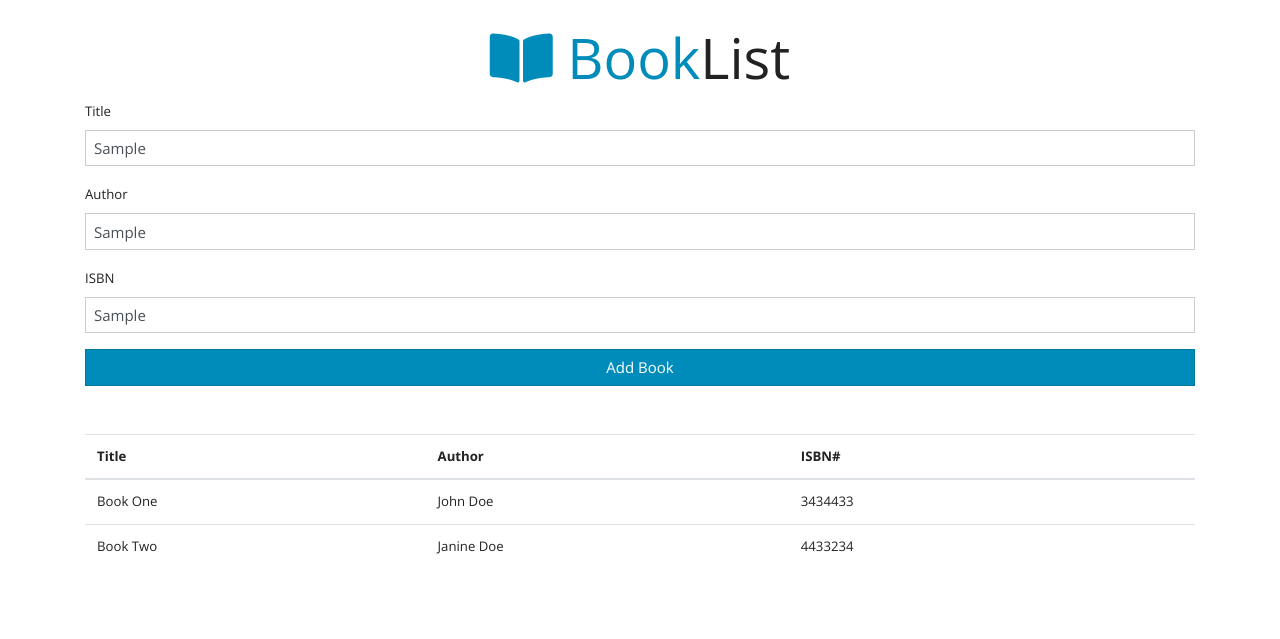
Repository: carrascomcesar/JSBOOKLIST
Page: index.html
The author's editor kept a copy of each file at every save. The page is drawn from the files as they stood at one save, then again after the next save.
The browser window is 1280 px wide. The pictures show the whole page.
Empty fields were first filled with sample values (such as "Sample", 5 or name@example.com).
After loading, the first visible `#book-form` was submitted once.
Some web libraries are served in a nearby version.

Above is the page before, as saved 2021-02-01 11:07:20.

After the next save:
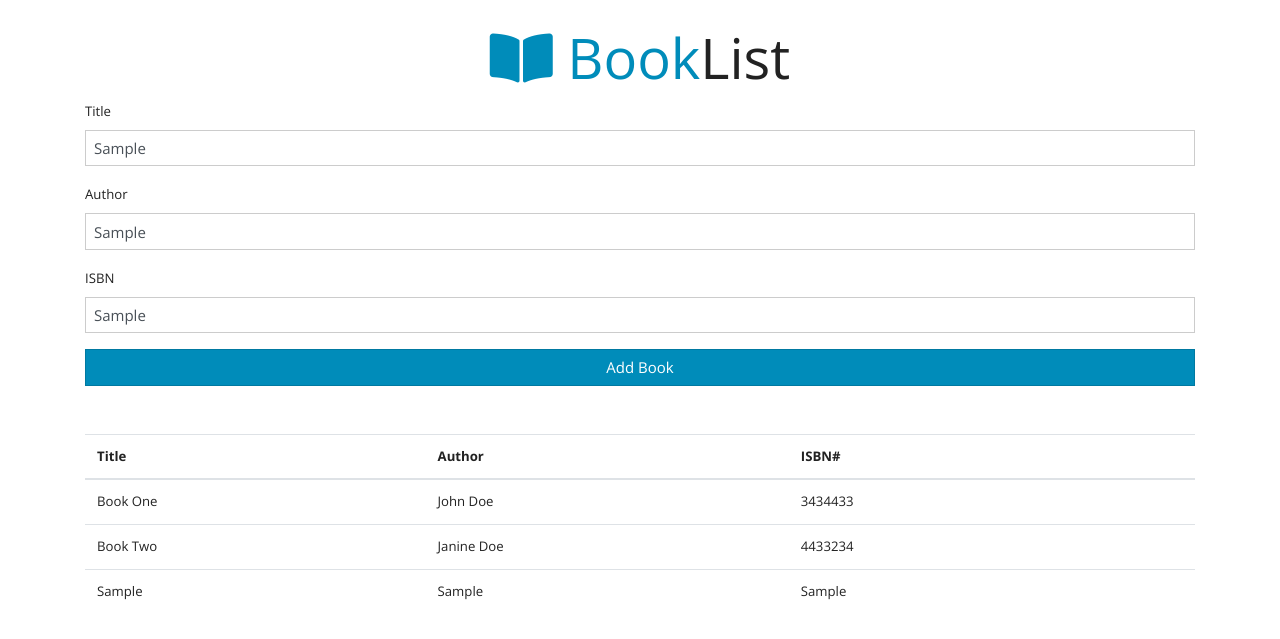
Saved 6 s later.
--- a/app.js
+++ b/app.js
@@ -57,7 +57,7 @@ document.querySelector("#book-form").addEventListener("submit", (e) => {
   // Instantiate book
   const book = new Book(title, author, isbn);
 
-    // Add book to UI
-
+  // Add book to UI
+  UI.addBookToList(book);
 });
 // Event: Remove a Book
